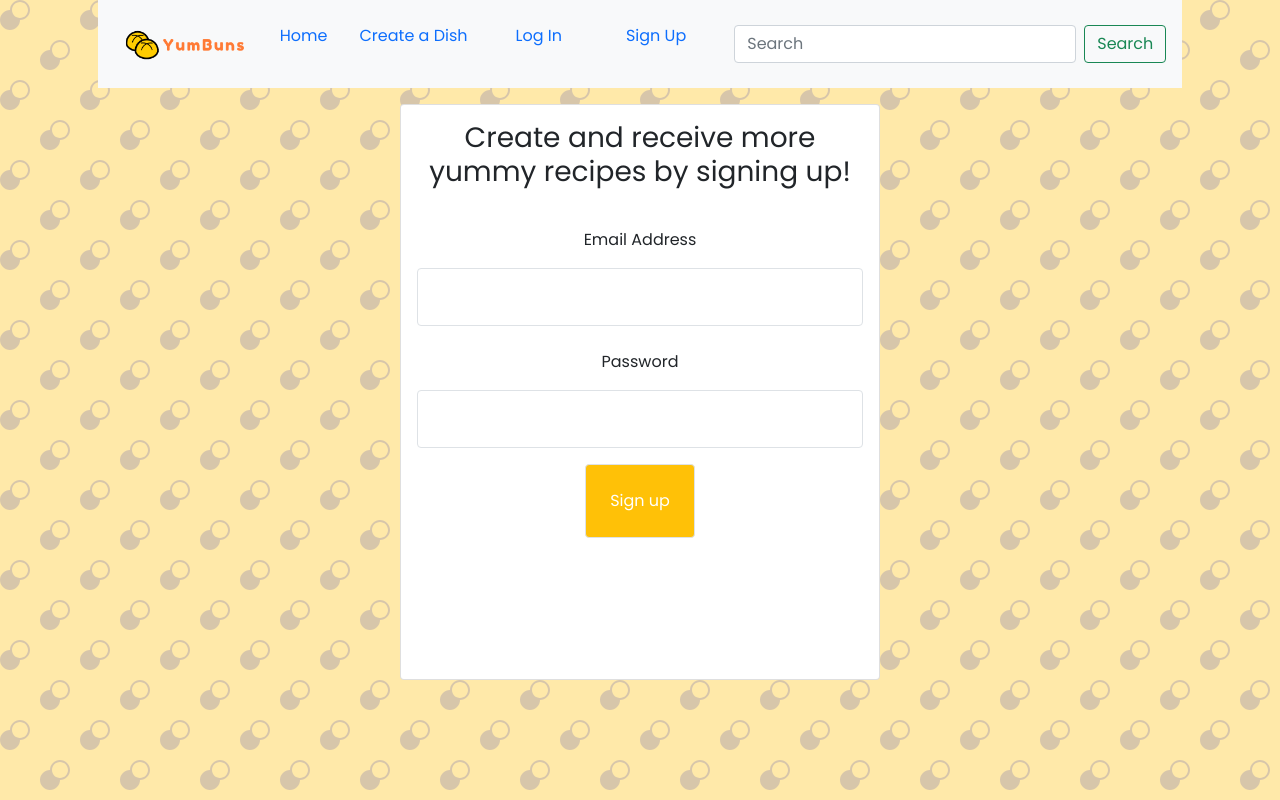
Repository: mottad14/yumBuns
Page: /signup (app in client/)
The author's editor kept a copy of each file at every save. The page is drawn from the files as they stood at one save, then again after a run of saves.
The browser window is 1280 px wide. The pictures show the whole page.
Some web fonts or font styles are not loaded; a fallback is used. The project was rebuilt for these pictures with package versions that can differ from the ones it lists, and the page was loaded fresh each time. Also part of the build but not shown: client/src/components/RecipePreview.js, client/src/views/Main.js, client/src/views/Login.js, client/src/views/Create.js, client/src/views/Recipe.js, client/src/components/SubscribePop.css, client/src/components/SignUp.jsx, client/src/components/SubscribePop.js.

Above is the page before, as saved 2022-07-30 14:09:11.

### client/public/index.html
<!DOCTYPE html>
<html lang="en">
  <head>
    <meta charset="utf-8" />
    <link rel="icon" href="%PUBLIC_URL%/favicon.ico" />
    <meta name="viewport" content="width=device-width, initial-scale=1" />
    <meta name="theme-color" content="#000000" />
    <meta
      name="description"
      content="Web site created using create-react-app"
    />
    <!--
      Notice the use of %PUBLIC_URL% in the tags above.
      It will be replaced with the URL of the `public` folder during the build.
      Only files inside the `public` folder can be referenced from the HTML.

      Unlike "/favicon.ico" or "favicon.ico", "%PUBLIC_URL%/favicon.ico" will
      work correctly both with client-side routing and a non-root public URL.
      Learn how to configure a non-root public URL by running `npm run build`.
    -->
    <title>Yumbuns</title>
  </head>
  <body>
    <noscript>You need to enable JavaScript to run this app.</noscript>
    <div id="root"></div>
    <!--
      This HTML file is a template.
      If you open it directly in the browser, you will see an empty page.

      You can add webfonts, meta tags, or analytics to this file.
      The build step will place the bundled scripts into the <body> tag.

      To begin the development, run `npm start` or `yarn start`.
      To create a production bundle, use `npm run build` or `yarn build`.
    -->
  </body>
</html>

### client/src/index.js
import React from 'react';
import ReactDOM from 'react-dom';
import './index.css';
import App from './App';
import reportWebVitals from './reportWebVitals';
import {BrowserRouter} from "react-router-dom";

ReactDOM.render(
    <React.StrictMode>
      <BrowserRouter>
            <App />
      </BrowserRouter>
    </React.StrictMode>,
    document.getElementById('root')
);



// If you want to start measuring performance in your app, pass a function
// to log results (for example: reportWebVitals(console.log))
// or send to an analytics endpoint. Learn more: https://bit.ly/CRA-vitals
reportWebVitals();

### client/src/App.js
import React from 'react';
import 'bootstrap/dist/css/bootstrap.min.css';
import {Switch, Route} from "react-router-dom";
import './App.css';
import NavBar from './components/NavBar';
import Main from './views/Main';
import Login from './views/Login'
import NewAccount from "./views/NewAccount"
import Create from './views/Create';
import Recipe from './views/Recipe';
import SubscribePop from './components/SubscribePop';
import {useState, useEffect} from 'react'
import { AuthContextProvider } from "./contexts/AuthContext";
import eating from "./imgs/subscribe.svg"



function App() {
  const [timedPopup, setTimedPopup] = useState (false);

  useEffect(() => {
    setTimeout(() => {
      setTimedPopup(true)
    }, 45000)
  }, [])


  return (

    <div className="App" >

          <div className="">
              <AuthContextProvider>
                <NavBar/>
                  <Switch>
                    <Route exact path="/">
                      <Main/>
                    </Route>

                    <Route exact path="/login">
                      <Login/>
                    </Route>

                    <Route exact path="/signup">
                      <NewAccount/>
                    </Route>

                    <Route path="/view/single/:_id">
                      <Recipe/>
                    </Route>

                    <Route exact path="/create">
                      <Create/>
                    </Route>
                  </Switch>

                  <SubscribePop trigger={timedPopup} setTrigger={setTimedPopup}>
                  </SubscribePop>
              </AuthContextProvider>

       </div>
    </div>
  );
}

export default App;

### client/src/App.css
@import url('https://fonts.googleapis.com/css2?family=BIZ+UDGothic&family=Poppins&display=swap');


.App {
  background-color: #ffe9a9;
  background-image: url("data:[embedded picture, 584 characters]");
  font-family: 'Poppins', sans-serif;
  display: flex;
  justify-content: center;
  text-align: center;
  min-height: 800px;
}

.recipePreview{
  border: 3px solid rgb(177, 177, 177);
  min-height: 300px;
  width: 250px;
  background-color: rgb(254, 194, 10);
  border-left-style: dotted;
  border-right-style: dotted;
  border-radius: 10%;

}

.recipePreview > img{
  width: 95%;
  border-radius: 10%;
}
.recipePreview >div{
  align-items: center;

}

.Logo{
  margin-left: 10px;
  height: 30px;
}

.sticky{
  position: sticky;
  top: 0;
  z-index: 999;
  background-color: rgb(254, 194, 10);
  border: 2px solid black;
  border-radius: 25px;
}

.thumbnailBox > img{
  height: 40px;
}

.thumbnailBox > img:hover{
  height: 125px;
}

### client/src/components/NavBar.js
import React from "react";
import { Link } from "react-router-dom"
import Nav from 'react-bootstrap/Nav';
import YumBuns from "../imgs/YumBunsLogo.png"

const NavBar = (props) => {
    return(
            <nav className="navbar navbar-expand-sm bg-light mb-3">
                <Link className="navbar-brand mx-3" to="/">  <img className="Logo" src={YumBuns} alt="Logo" /> </Link>

                <div className="collapse navbar-collapse" id="navbarSupportedContent">
                <ul className="navbar-nav me-auto mb-2 mb-lg-0">
                    <li className="nav-item">
                    <Nav.Link> <Link className="nav-link btn-outline-warning" aria-current="page" to="/">Home</Link> </Nav.Link>
                    </li>
                    <li className="nav-item">
                    <Nav.Link> <Link className="nav-link btn-outline-warning" to="/create">Create a Dish</Link> </Nav.Link>
                    </li>
                    <li className="nav-item">
                    <Nav.Link> <Link className="nav-link d-flex mx-3 btn-outline-warning" to="/login"> Log In</Link> </Nav.Link>
                    </li>
                    <li className="nav-item">
                    <Nav.Link>  <Link className="nav-link d-flex mx-3 btn-outline-warning" to="/signup">    <p onClick={() => props.setTrigger(true)}> Sign Up </p>    </Link> </Nav.Link>
                    </li>
                </ul>
                <form className="d-flex mx-3" role="search">
                    <input className="form-control me-2" type="search" placeholder="Search" aria-label="Search" />
                    <button className="btn btn-outline-success" type="submit">Search</button>
                </form>
            </div>
            </nav>
    )
}

export default NavBar;

### client/src/views/NewAccount.js
import React, { useState } from 'react'
import { Link, useHistory } from 'react-router-dom'
import {Form, Button, Card, Alert} from "react-bootstrap"
import { UserAuth } from '../contexts/AuthContext'
import eating from "../imgs/eating.svg"

const Signup = () => {

  const [email, setEmail] = useState('')
  const [password, setPassword] = useState('')
  const [error, setError] = useState('')

  const history = useHistory();
  const {createUser} = UserAuth();

  const handleSubmit = async(e) => {
    e.preventDefault();
    setError('')
    try{
      await createUser(email, password)
      history.push("/");
    } catch(e) {
      setError(e.message)
      console.log(e.message)
    }
  }

  return (

    <div style={{ display: 'flex',
        height: '80vh', justifyContent: "center"}}>
    <Card className="text-center" style={{ width: '30rem' }}>
      <Card.Body>
          <h3 className='text-center mb-4'> Create and receive more yummy recipes by signing up!</h3>
            {error && <Alert variant="danger"> {error} </Alert>}

      <Form onSubmit={handleSubmit}>
          <Form.Group className='flex flex-col py-2'>
            <Form.Label className='py-2 font-medium' htmlFor=""> Email Address</Form.Label>
            <Form.Control onChange={(e)=> setEmail(e.target.value)} className='border p-3' type="email"/>
          </Form.Group>

          <Form.Group className='flex flex-col py-2'>
            <Form.Label className='py-2 font-medium' htmlFor=""> Password</Form.Label>
            <Form.Control onChange={(e)=> setPassword(e.target.value)} className='border p-3' type="password"/>
          </Form.Group>

          <Button variant="warning" className='border border-blue-500 bg-yellow-600 hover:bg-blue-500 w-full p-4 my-2 text-white'>Sign up</Button>
      </Form>


      </Card.Body>
    </Card>
    </div>
  )
}

export default Signup

### client/src/contexts/AuthContext.js
import { createContext, useContext, useEffect, useState } from "react";
import {createUserWithEmailAndPassword,
    signInWithEmailAndPassword,
    signOut,
    onAuthStateChanged}
    from "firebase/auth"
import { auth } from "../firebase";

const UserContext = createContext();

export const AuthContextProvider = ({children}) => {
    const [user, setUser] = useState({})

    const createUser = (email, password) => {
        return (createUserWithEmailAndPassword(auth, email, password))
    }

    const signIn = (email, password) => {
        return signInWithEmailAndPassword(auth, email, password)
    }

    const logout = () =>{
        return signOut(auth);
    }

    useEffect (() => {
        const unsubscribe = onAuthStateChanged(auth, (currentUser) => {
            console.log(currentUser)
            setUser(currentUser)
        })
        return (() => {
            unsubscribe()
        })
    }, [])

    return (
        <UserContext.Provider value={{ createUser, user, signIn, logout }}>
            {children}
        </UserContext.Provider>
    )
}

export const UserAuth = () =>{
    return useContext(UserContext)
}

### client/src/firebase.js
// Import the functions you need from the SDKs you need
import { initializeApp } from "firebase/app";
import { getAuth } from "firebase/auth";
// TODO: Add SDKs for Firebase products that you want to use
// https://firebase.google.com/docs/web/setup#available-libraries

// Your web app's Firebase configuration
console.log(`The current api key is: ${process.env.REACT_APP_FIREBASE_API_KEY}`)
const firebaseConfig = {
  apiKey: process.env.REACT_APP_FIREBASE_API_KEY,
  authDomain: process.env.REACT_APP_FIREBASE_AUTH_DOMAIN,
  projectId: process.env.REACT_APP_FIREBASE_PROJECT_ID,
  storageBucket: process.env.REACT_APP_FIREBASE_STORAGE_BUCKET,
  messagingSenderId: process.env.REACT_APP_FIREBASE_MESSAGING_SENDER_ID,
  appId: process.env.REACT_APP_FIREBASE_APP_ID,
  measurementId: process.env.REACT_APP_FIREBASE_MEASUREMENT_ID
};

// Initialize Firebase
const app = initializeApp(firebaseConfig);
export const auth = getAuth(app);
export default app;

Loaded but not shown: client/src/index.css (common file); client/src/reportWebVitals.js (common file)

After the next 3 saves:
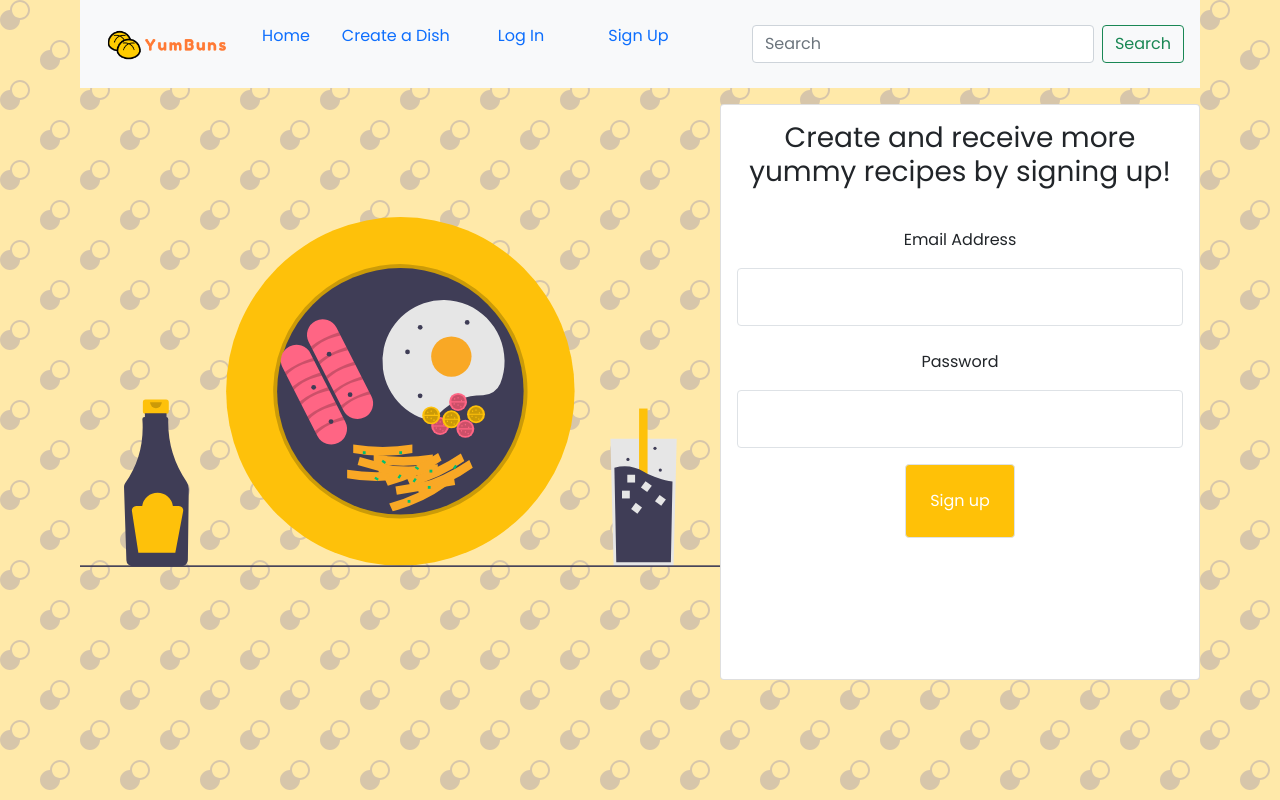
The 3 saves are shown as one change because 2 did not build or start.
The last was saved 35 s later.
--- a/client/src/views/NewAccount.js
+++ b/client/src/views/NewAccount.js
@@ -29,6 +29,8 @@ const Signup = () => {
 
     <div style={{ display: 'flex',
         height: '80vh', justifyContent: "center"}}>
+                <img className='flex' style={{maxWidth: "50vw"}} src={eating} alt={eating} />
+
     <Card className="text-center" style={{ width: '30rem' }}>
       <Card.Body>
           <h3 className='text-center mb-4'> Create and receive more yummy recipes by signing up!</h3>
